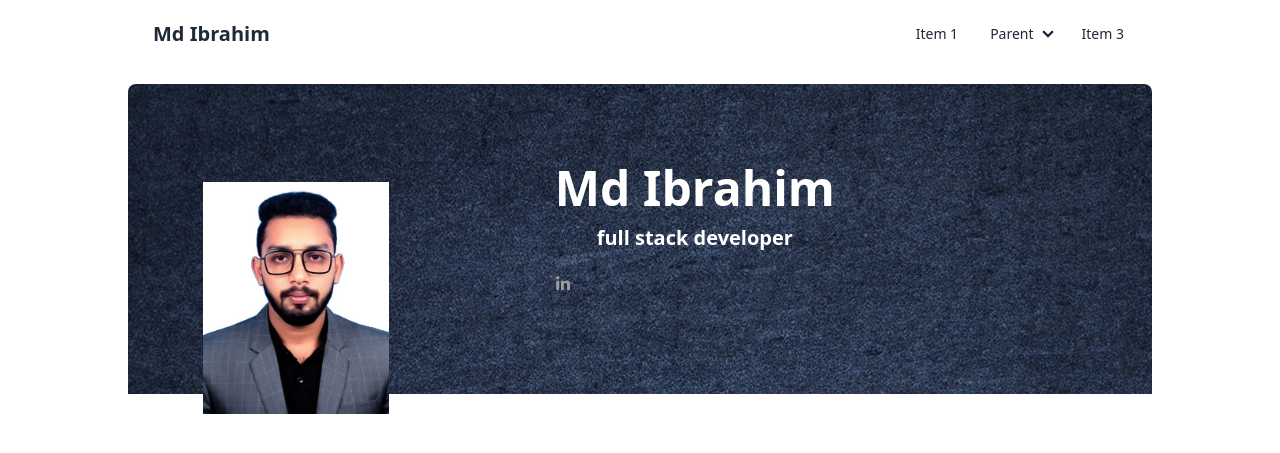
Repository: mdrubel02/portfilo
Page: /
An editor plug-in stored every save of this project. The page is shown before and after the next save, followed by the edit.
The browser window is 1280 px wide. The pictures show the whole page.
The project was rebuilt for these pictures with package versions that can differ from the ones it lists, and the page was loaded fresh each time. Also part of the build but not shown: vite.config.js.

Above is the page before, as saved 2023-06-25 14:49:48.

After the next save:
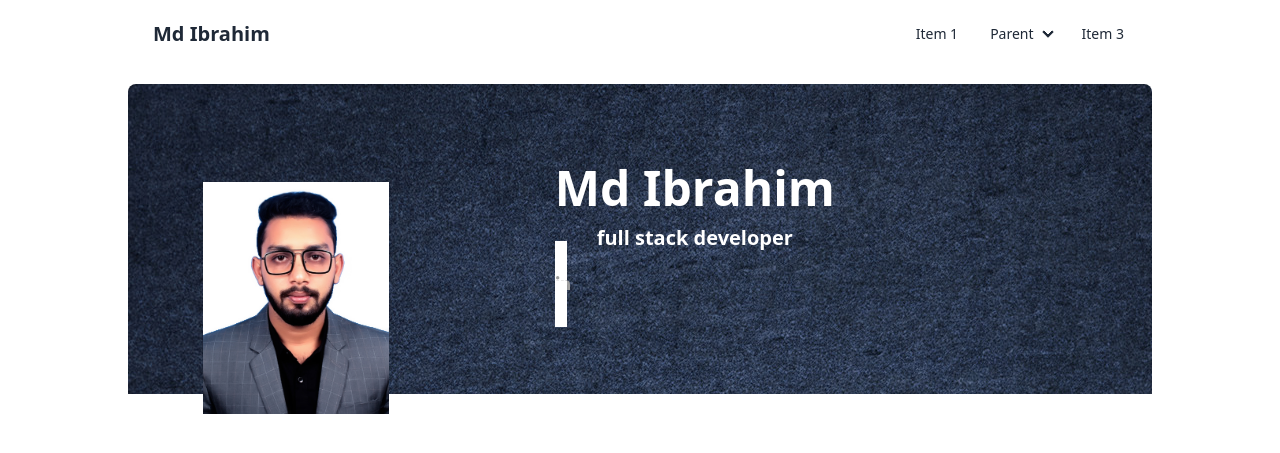
Saved 18 s later.
--- a/src/Pages/Home/Home.jsx
+++ b/src/Pages/Home/Home.jsx
@@ -20,7 +20,7 @@ const Home = () => {
                                 <h3 className='text-5xl text-white font-extrabold font-sans tracking-normal'>Md Ibrahim</h3>
                                 <p className='text-center mt-3 text-xl text-white font-bold font-poppins'>full stack developer</p>
                                 <div>
-                                    <span className='p-3 text-white' ><FaLinkedinIn className='text-[#9e9e9e]' /></span>
+                                    <span className='p-3 bg-white' ><FaLinkedinIn className='text-[#9e9e9e]' /></span>
                                 </div>
                             </div>
                         </div>
